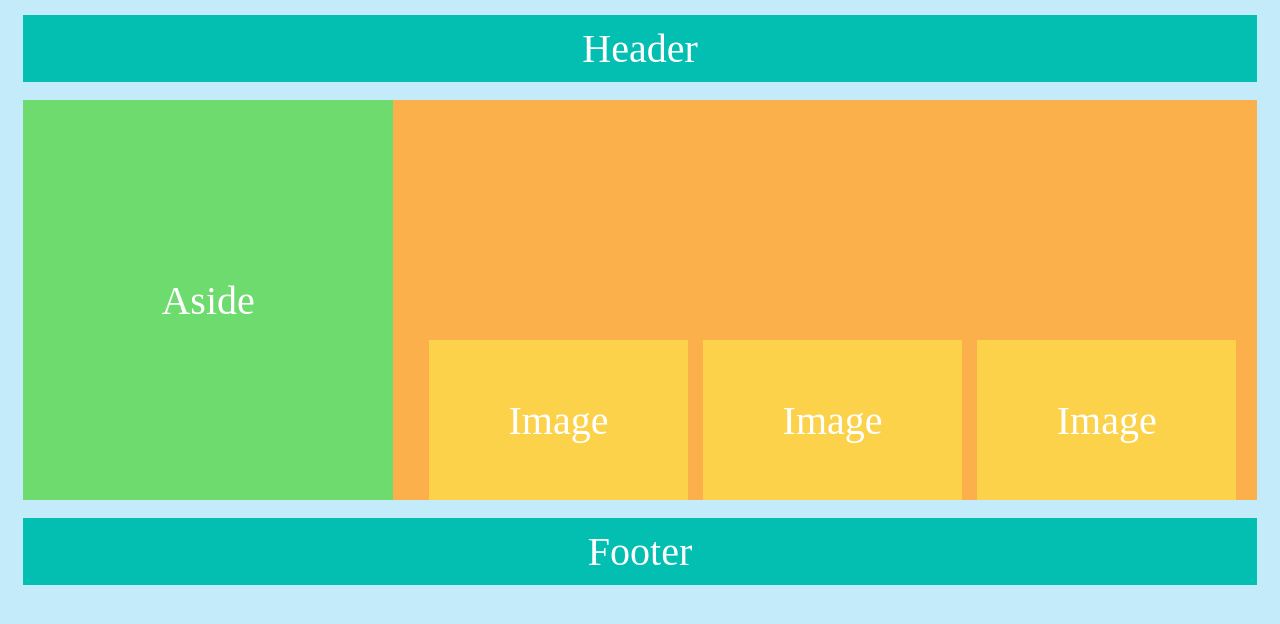
Repository: huyennvo/CSS
Page: flex-css-example/index.html
An editor plug-in stored every save of this project. The page is shown before and after the next save, followed by the edit.
The browser window is 1280 px wide. The pictures show the whole page.

Above is the page before, as saved 2022-07-18 11:19:09.

After the next save:
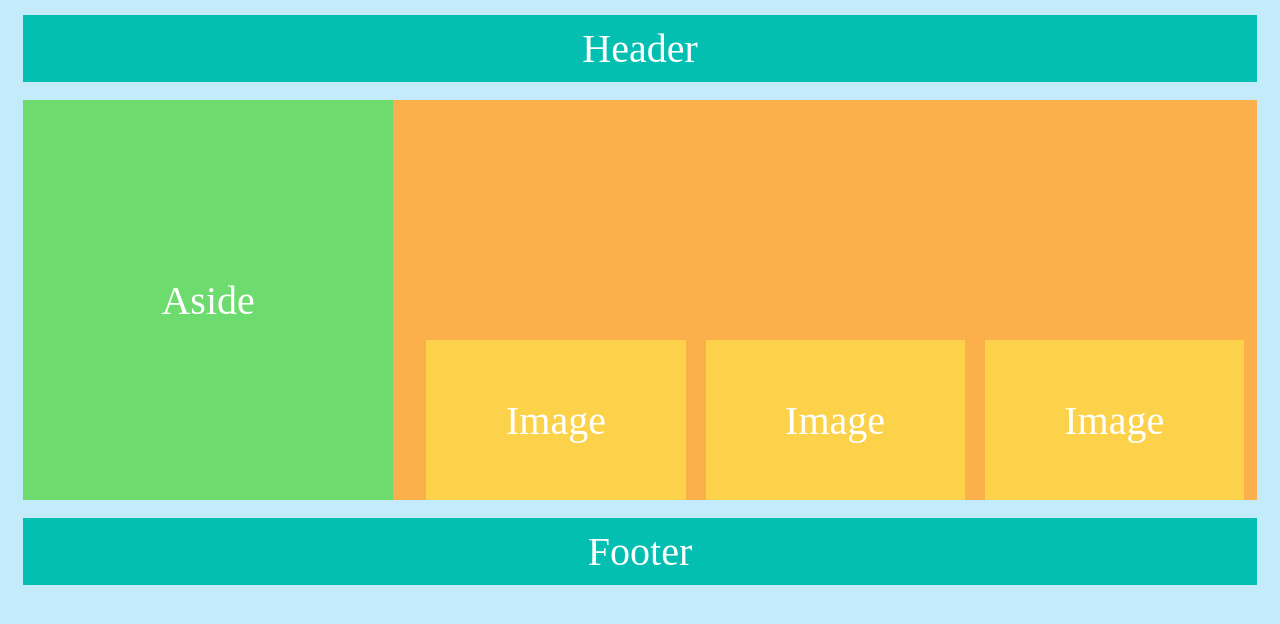
Saved 9 s later.
--- a/flex-css-example/index.css
+++ b/flex-css-example/index.css
@@ -58,7 +58,7 @@ html {
      align-items: center;
      width: 30%;
      height: 40%;
-     margin-left: 15px;
+     margin-left: 20px;
 
 
 }
